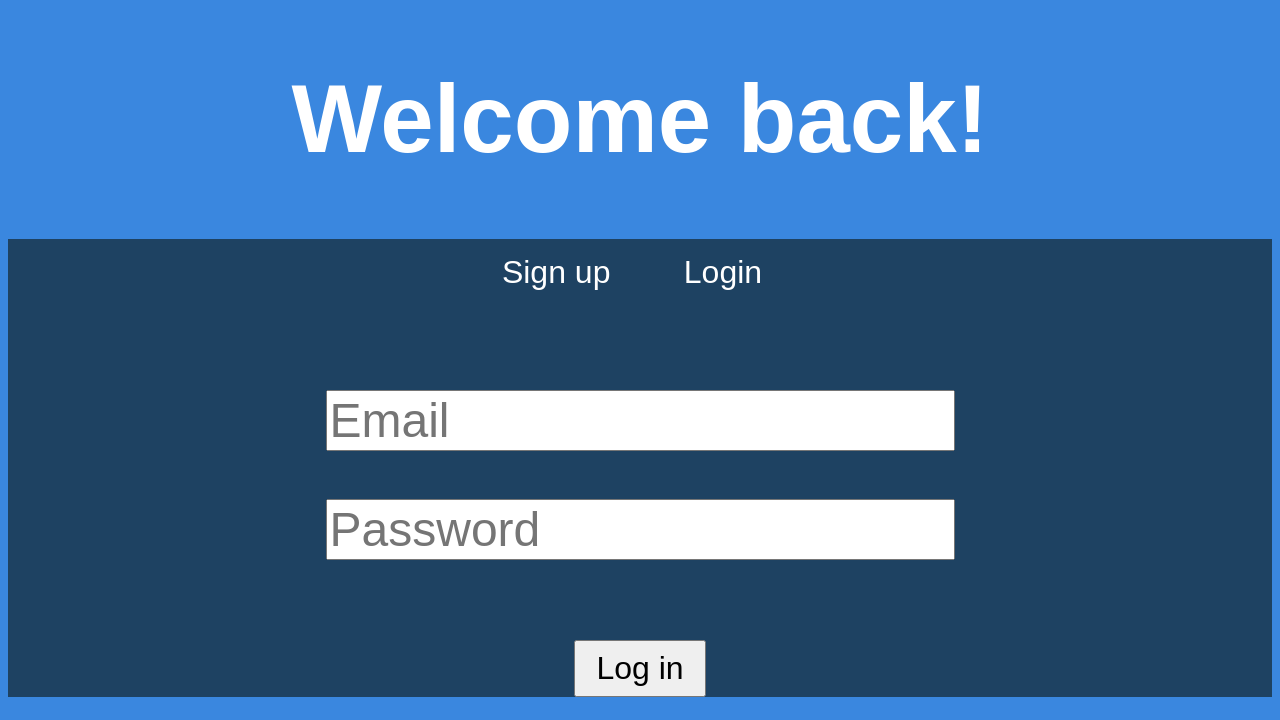
Repository: NicolasssCarlos/basic-flask-login
Page: http://localhost/
An editor plug-in stored every save of this project. The page is shown before and after the next save, followed by the edit.
The browser window is 1280 px wide. The pictures show the whole page.
The page is served by the project's application, run on Flask 3 (app.py).

Above is the page before, as saved 2025-06-11 20:40:27.

After the next save:
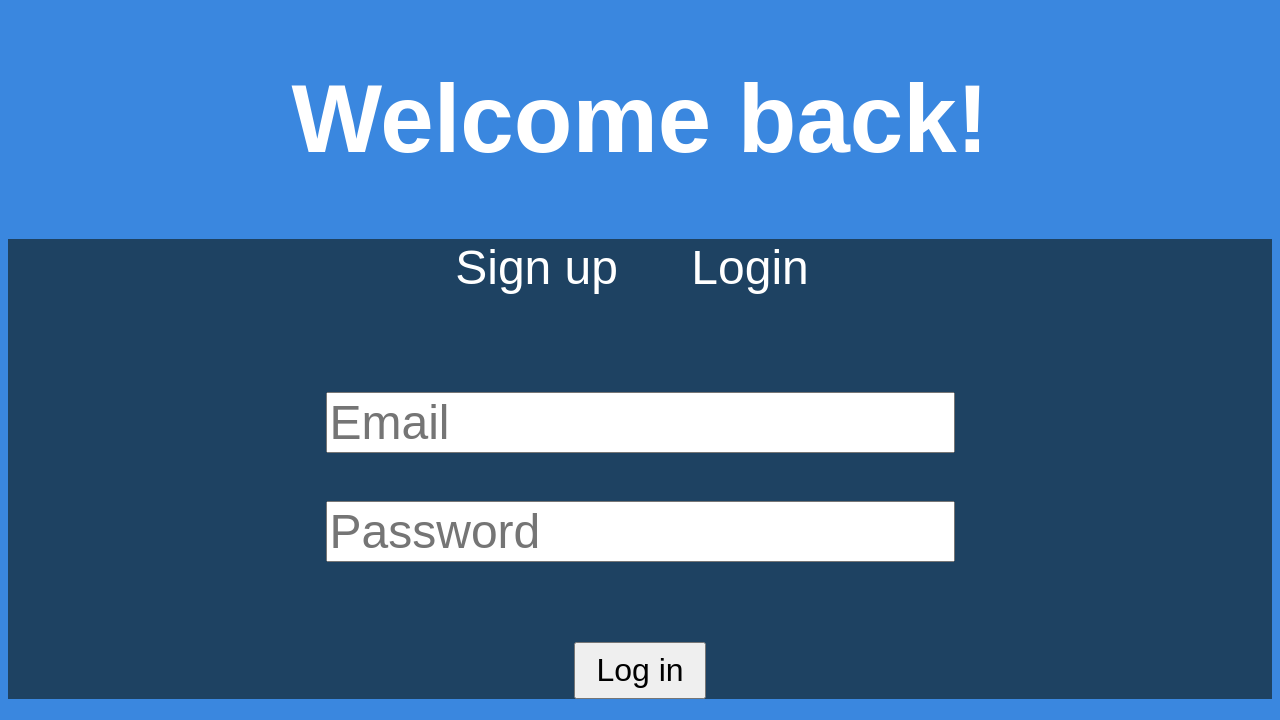
Saved 34 s later.
--- a/static/main.css
+++ b/static/main.css
@@ -149,7 +149,7 @@
     border: transparent;
 
 
-    font-size: 2rem;
+    font-size: 3rem;
 
 
     background: transparent;
@@ -161,4 +161,10 @@
     margin-left: 1rem;
 
     margin-right: 2rem;
+
+
+    cursor: pointer;
+
+
+
 }
